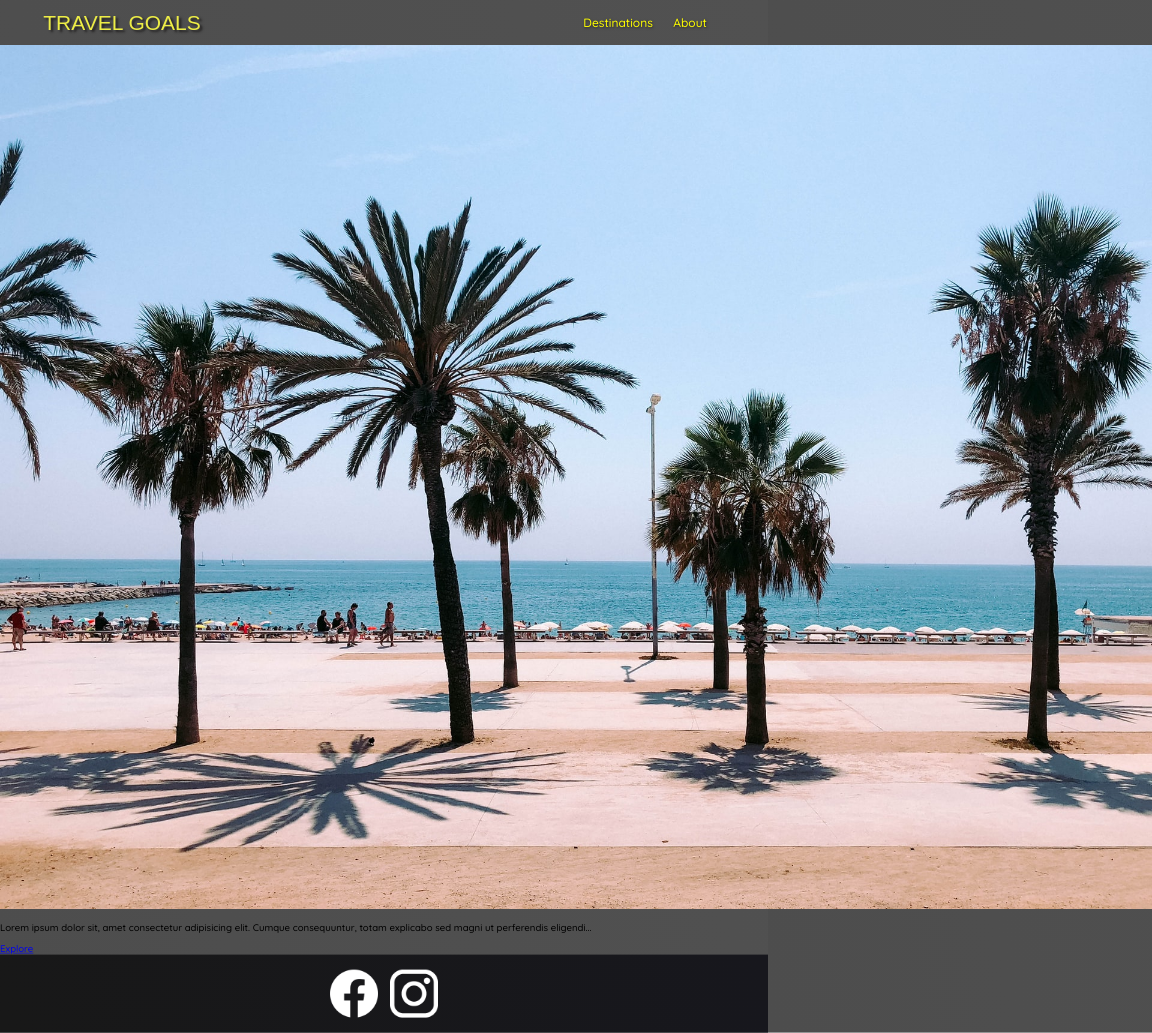
Repository: MicTomm/Travel-Goals
Page: places.html
These files come from the project's save history. The page is drawn as it stood at one moment and after the next save; the edit follows.
The browser window is 1280 px wide. The page is 1920 px wide, then 1280 px, so the pictures cover 1920 px, including what lies to the right of the window. The pictures show the whole page, at 60% of full size.
Some web fonts or font styles are not loaded; a fallback is used.

Above is the page before, as saved 2023-06-08 20:07:56.

### places.html
<!DOCTYPE html>
<html lang="it">

<head>
    <meta charset="UTF-8">
    <title>Travel Goals</title>
    <link rel="stylesheet"
        href="https://fonts.googleapis.com/css2?family=Raleway:wght@700&family=Oleo+Script:wght@700&family=Quicksand:wght@300;500&display=swap">
    <link href="/styles/shared.css" rel="stylesheet">
    <link href="/styles/places.css" rel="stylesheet">
</head>

<body>
    <header>
        <div id="logo">
            <a href="/index.html">Travel Goals</a>
        </div>
        <nav>
            <ul>
                <li><a href="/places.html">Destinations</a></li>
                <li><a href="">About</a></li>
            </ul>
        </nav>
    </header>
    <main>
        <ul>
            <li>
                <img src="images/places/barcelona.jpg" alt="Barcelona">
                <div>
                    <p>Lorem ipsum dolor sit, amet consectetur adipisicing elit. Cumque consequuntur, totam explicabo sed magni ut perferendis eligendi...</p>
                </div>
                <div>
                    <a href="https://en.wikipedia.org/wiki/Barcelona">Explore</a>
                </div>
            </li>
        </ul>
    </main>
    <footer>
        <ul>
            <li>
                <a href="https://www.facebook.com/" title="facebook">
                    <img src="/images/icons/facebook.png" alt="facebook-icon">
                </a>
            </li>
            <li>
                <a href="https://www.instagram.com/" title="instagram">
                    <img src="/images/icons/insta.png" alt="instagram-icon">
                </a>
            </li>
    </footer>
</body>

</html>

### styles/shared.css
body {
    margin: 0px;
    font-family: 'Quicksand', sans-serif;
}

ul {
    list-style: none;
    padding: 0px;
    margin: 0px;
}

header {
    display: flex;
    justify-content: space-between;
    align-items: center;
    padding: 15px 60px;
    position: absolute;
    width: 100%;
    top: 0;
    left: 0;
    box-sizing: border-box;
}

header ul {
    margin: 10px;
    display: flex;
    justify-content: space-between;
    width: 250px;
}

header li {
    width: 100px;
}

header a {
    color: yellow;
    text-decoration: none;
    font-size: 20px;
    padding: 12px;
    text-shadow: 1px 1px 4px rgba(0, 0, 0, 0.5);
}

header a:hover {
    background-color: yellow;
    box-shadow: 2px 2px 4px rgba(0, 0, 0, 0.5);
    color: rgb(67, 60, 60);
    text-shadow: 1px 1px 2px rgb(0, 0, 0, 0.5);
    border-radius: 8px;
}

footer{
    background: linear-gradient(70deg, rgb(24, 24, 24), rgb(23, 23, 29));
    padding: 25px;
}

footer ul{
    display: flex;
    justify-content: center;
}

footer li{
    width: 80px;
    height: 80px;
    margin: 0px 10px;
}

footer img{
    width: 100%;
    height: 100%;
}

#logo a {
    font-family: 'Oleo script', sans-serif;
    font-size: 35px;
    text-decoration: none;
    color: rgb(237, 237, 70);
    text-shadow: 4px 4px 4px rgb(31, 29, 29);
    text-transform: uppercase;
}

#logo a:hover {
    background-color: transparent;

}

### styles/places.css
body{
    background: linear-gradient(77deg, rgb(77, 77, 77), rgb(81, 81, 81));
}
/*
    position: static sovrascrive il comportamento impostato per l'header nel file shared.css, al fine
    di evitare la sovrapposizione delle prime card sull'header
*/
header{
    position: static;
}

After the next save:
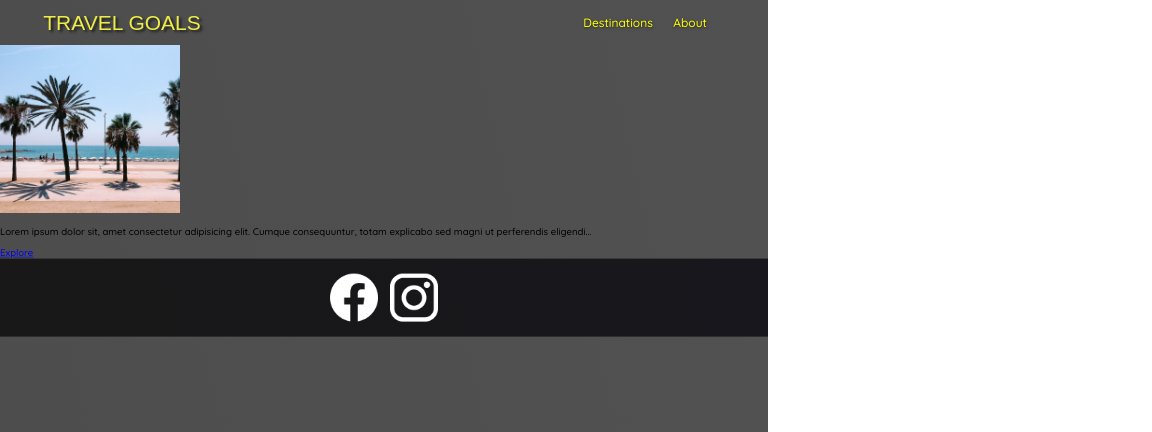
Saved 3 min 28 s later.
--- a/styles/places.css
+++ b/styles/places.css
@@ -8,3 +8,9 @@ body{
 header{
     position: static;
 }
+
+main li img{
+    height: 280px;
+    width: 300px;
+    object-fit: cover;
+}
